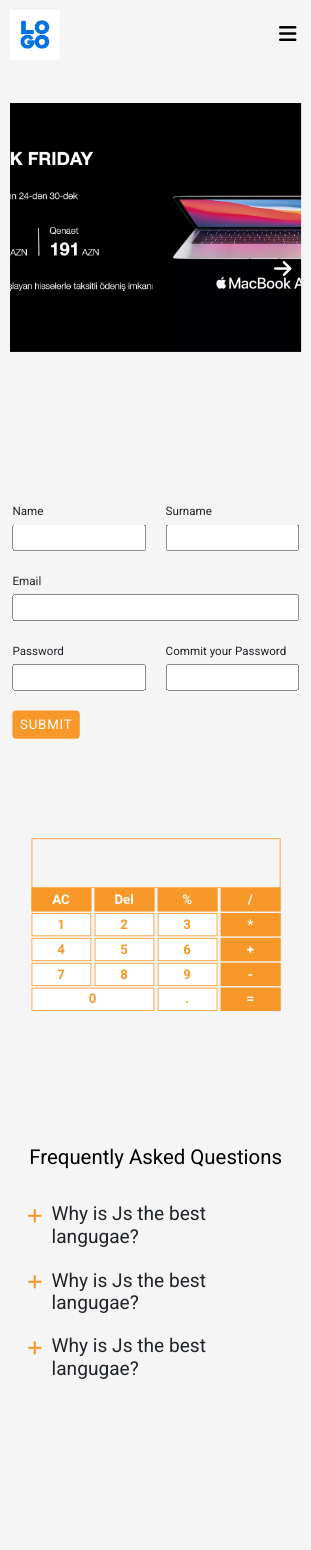
Repository: RamalYusifov7/Custom-components--Core-JavaScript
Page: index.html
The author's editor kept a copy of each file at every save. The page is drawn from the files as they stood at one save, then again after a run of saves.
The browser window is 375 px wide. The pictures show the whole page, at 83% of full size.

Above is the page before, as saved 2023-01-09 12:15:56.

After the next 2 saves:
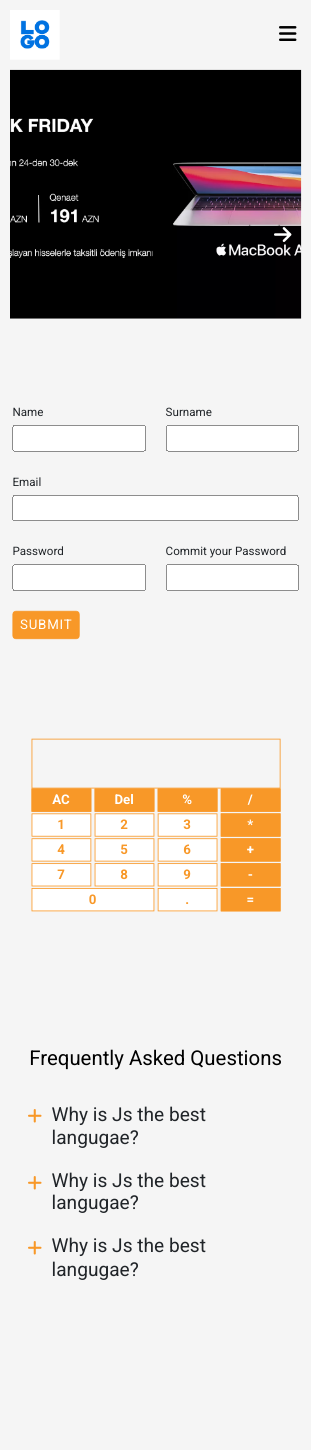
The 2 saves are shown as one change because they came seconds apart.
The last was saved 33 s later.
--- a/css/style.css
+++ b/css/style.css
@@ -308,4 +308,7 @@
     height: 300px;
     overflow: hidden;
   }
-}
+  .page-banner{
+    padding: 0;
+  }
+}
